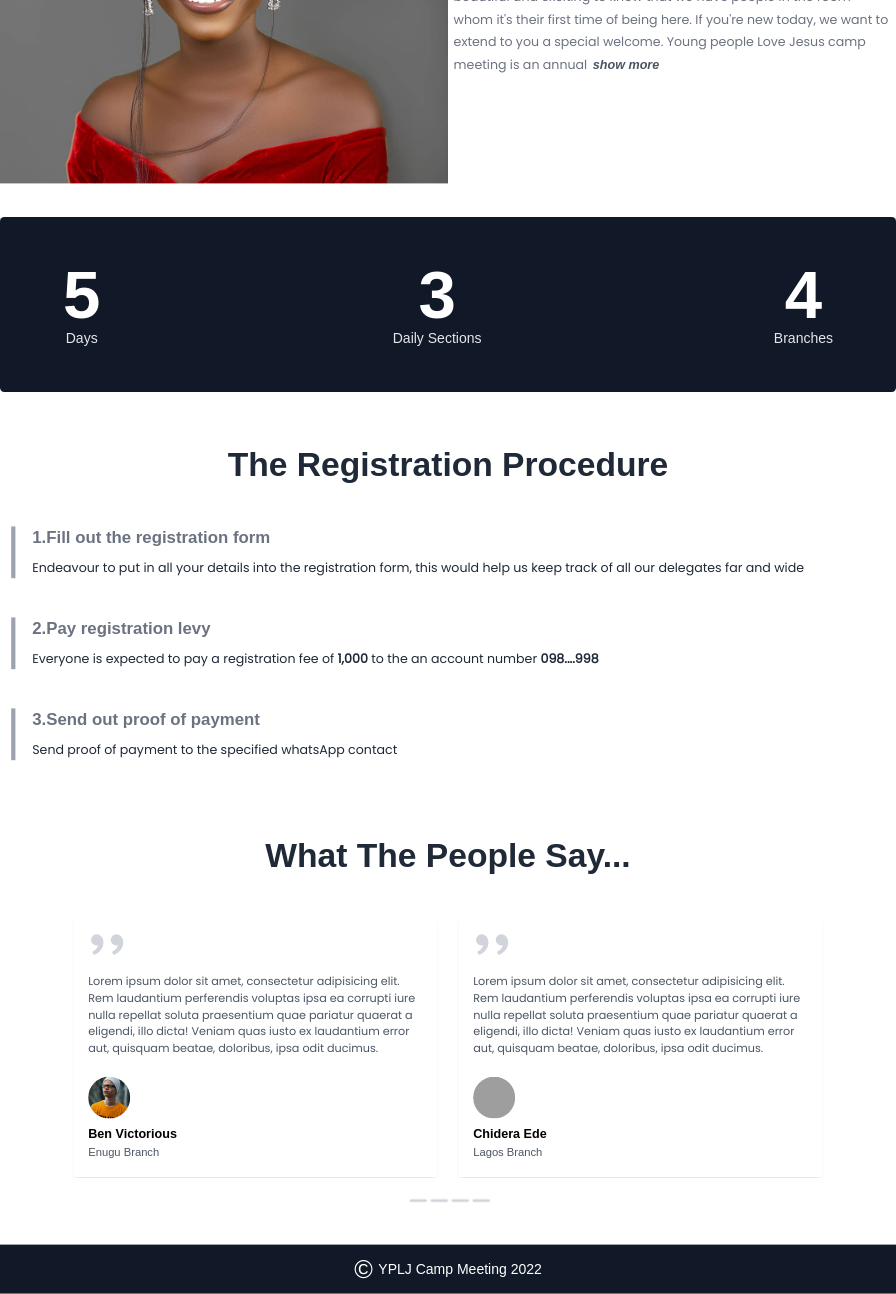
Repository: Ifenna-Pascal/user-camp-onboarding
Page: /
An editor plug-in stored every save of this project. The page is shown before and after the next save, followed by the edit.
The browser window is 1280 px wide. The pictures show the part of the page from y = 2380 to 4300 px (the page is 4228 px tall before and 4300 px after), at 70% of full size.
Pictures or frames that could not be fetched are drawn as grey boxes. Some web fonts or font styles are not loaded; a fallback is used. The project was rebuilt for these pictures with package versions that can differ from the ones it lists, and the page was loaded fresh each time. The framework's server and built-in components were replaced by stand-ins that run in the browser. Also part of the build but not shown: next.config.js, styles/Home.module.css.

Above is the page before, as saved 2022-11-26 11:34:18.

After the next save:
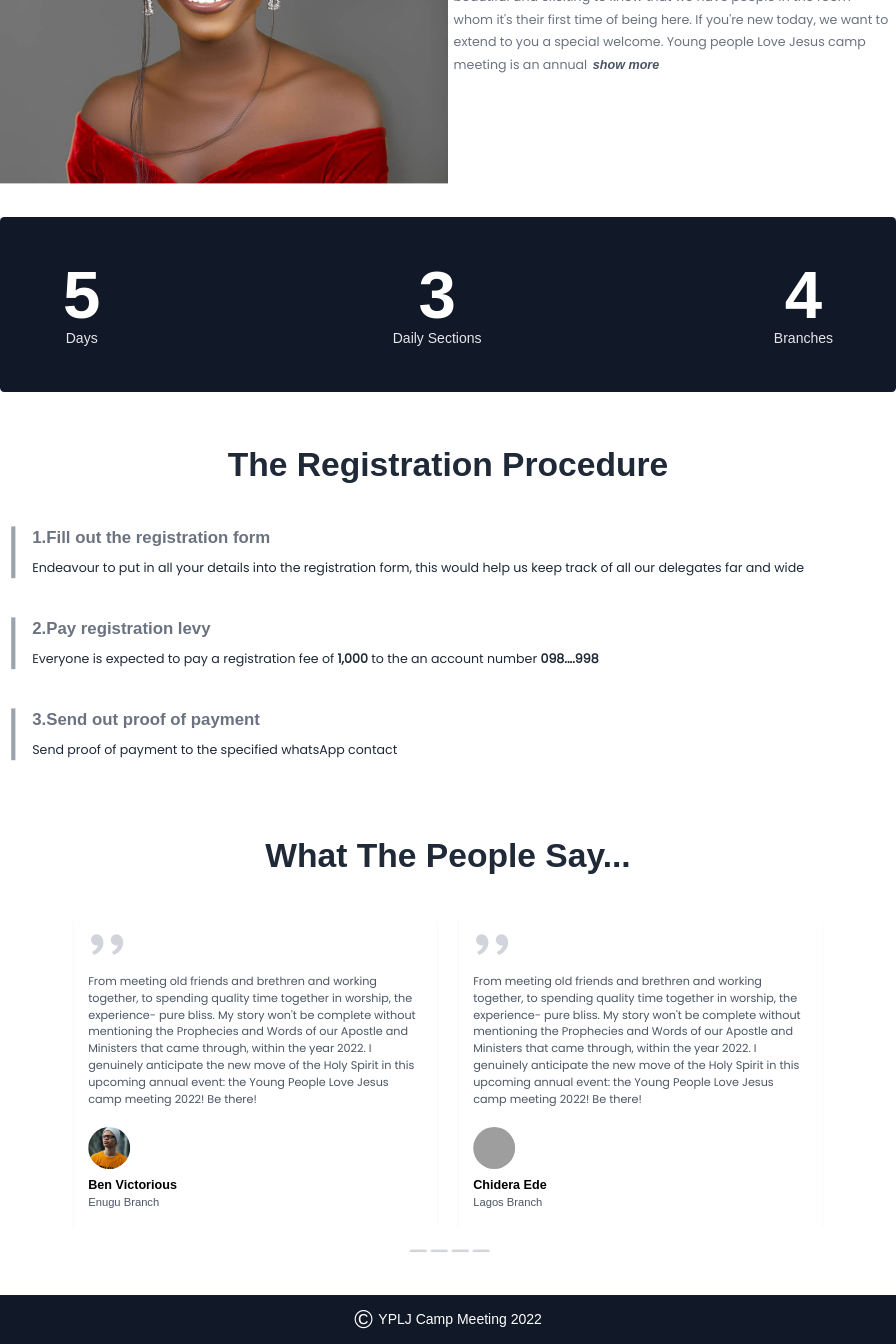
Saved 24 s later.
--- a/components/general/ReviewCard.jsx
+++ b/components/general/ReviewCard.jsx
@@ -2,7 +2,7 @@
 /* eslint-disable @next/next/no-img-element */
 import React from "react";
 
-function ReviewCard({ name, role, src }) {
+function ReviewCard({ name, role, src, review }) {
   return (
     <div className="min-w-[300px] relative  mx-4 min-h-[300px] flex shadow-md">
       <div className="flex absolute top-2 left-2 py-2">
@@ -10,13 +10,7 @@ function ReviewCard({ name, role, src }) {
         <i className="ri-single-quotes-r text-5xl -ml-5  text-gray-300 font-semibold"></i>
       </div>
       <div className="flex flex-col relative pt-16 pb-6 px-5">
-        <p className="py-4 font-poppins text-basev text-gray-600">
-          Lorem ipsum dolor sit amet, consectetur adipisicing elit. Rem
-          laudantium perferendis voluptas ipsa ea corrupti iure nulla repellat
-          soluta praesentium quae pariatur quaerat a eligendi, illo dicta!
-          Veniam quas iusto ex laudantium error aut, quisquam beatae, doloribus,
-          ipsa odit ducimus.
-        </p>
+        <p className="py-4 font-poppins text-basev text-gray-600">{review}</p>
         <div className="flex flex-col w-full">
           <div className="w-[60px] mt-3 h-[60px]">
             <img
